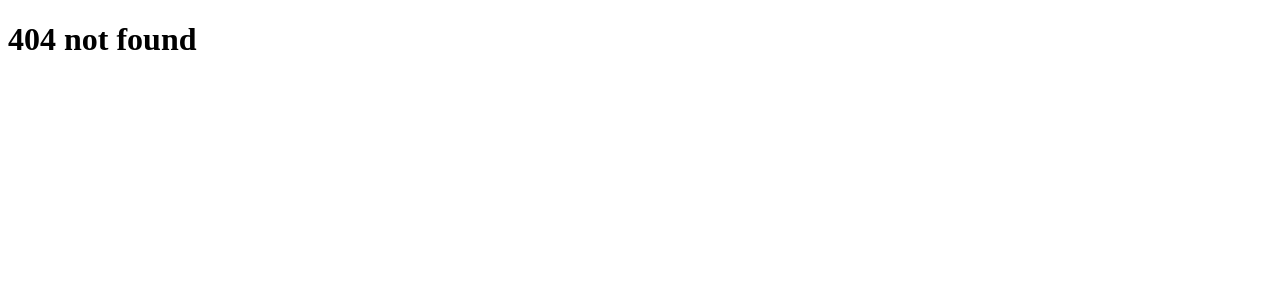
Repository: umarrg/crud-app-ejs-and-nodejs
Page: public/error.html
The author's editor kept a copy of each file at every save. The page is drawn from the files as they stood at one save, then again after the next save.
The browser window is 1280 px wide. The pictures show the whole page.

Above is the page before, as saved 2020-12-29 11:53:45.

### public/error.html
<!DOCTYPE html>
<html lang="en">
<head>
    <meta charset="UTF-8">
    <meta name="viewport" content="width=device-width, initial-scale=1.0">
    <title>Document</title>
</head>
<body>
    <h1>404 not found</h1>
</body>
</html>

After the next save:
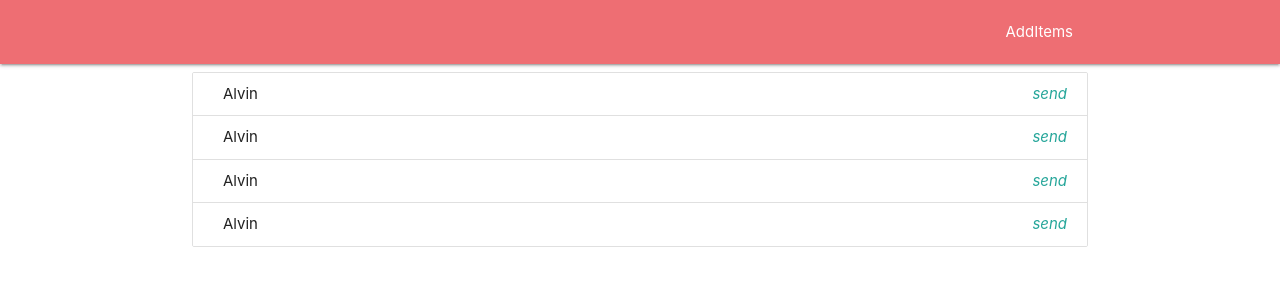
Saved 4 min 37 s later.
--- a/public/error.html
+++ b/public/error.html
@@ -3,9 +3,29 @@
 <head>
     <meta charset="UTF-8">
     <meta name="viewport" content="width=device-width, initial-scale=1.0">
-    <title>Document</title>
+    <link rel="stylesheet" href="https://cdnjs.cloudflare.com/ajax/libs/materialize/1.0.0/css/materialize.min.css">
+    <link href="https://fonts.googleapis.com/icon?family=Material+Icons" rel="stylesheet">
+    <title></title>
 </head>
 <body>
-    <h1>404 not found</h1>
+    <nav>
+        <div class="nav-wrapper container">
+          <!-- <a href="#" class="brand-logo">Logo</a> -->
+          <ul id="nav-mobile" class="right hide-on-med-and-down">
+            <li><a href="http://localhost:9000/additem"> AddItems</a></li>
+
+          </ul>
+        </div>
+      </nav>
+      <div class="container">
+        <ul class="collection with-header">
+
+          <li class="collection-item"><div>Alvin<a href="#!" class="secondary-content"><i class="material-icons">send</i></a></div></li>
+          <li class="collection-item"><div>Alvin<a href="#!" class="secondary-content"><i class="material-icons">send</i></a></div></li>
+          <li class="collection-item"><div>Alvin<a href="#!" class="secondary-content"><i class="material-icons">send</i></a></div></li>
+          <li class="collection-item"><div>Alvin<a href="#!" class="secondary-content"><i class="material-icons">send</i></a></div></li>
+        </ul>
+      </div>
+
 </body>
 </html>
